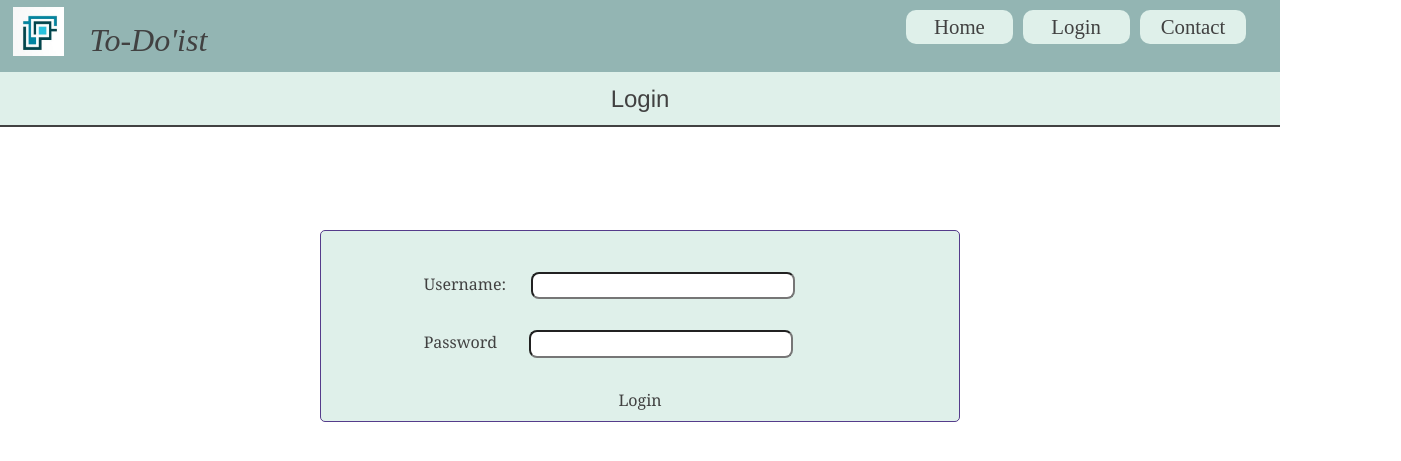
Repository: tavisca-pkadam/Todo-Website
Page: login_grid.html
An editor plug-in stored every save of this project. The page is shown before and after the next save, followed by the edit.
The browser window is 1280 px wide. The page is 1370 px wide, then 1401 px, then 1370 px, so the pictures cover 1401 px, including what lies to the right of the window. The pictures show the whole page.

Above is the page before, as saved 2019-08-22 12:28:37.

### login_grid.html
<!DOCTYPE html>
<html>
  <head>
    <meta charset="utf-8" />
    <meta http-equiv="X-UA-Compatible" content="IE=edge" />
    <title>Page Title</title>
    <meta name="viewport" content="width=device-width, initial-scale=1" />
    <link rel="stylesheet" type="text/css" media="screen" href="main2.css" />

    <link rel="import" href="components/header.html" />

    <!-- <script src='main.js'></script> -->
  </head>
  <body>
    <div class="grid-container">
      <div class="grid_header">
        <div id="head" class="header">
          <img id="company_logo" src="src/logo.jpg" width="5%" />
          <p id="todo_header"><i>To-Do'ist</i></p>

          <div class="links">
            <div>
              <a href="/home_grid.html">
                <div class="link_btn">Home</div>
              </a>
              <a href="/login_grid.html">
                <div class="link_btn">Login</div>
              </a>

              <a href="/contact.html">
                <div class="link_btn">Contact</div>
              </a>
            </div>
          </div>
        </div>
      </div>

      <div class="grid_main_content">
        <div class="account_content">
          <div class="account_head">
            Login
          </div>
          <div class="login">
            <center>
              <div id="login_user_input">
                Username:<input type="text" style="margin-left:5%;" />
              </div>
              <div id="login_password_input">
                Password<input type="password" style="margin-left:6.5%;" />
              </div>
              <div >
                Login
              </div>
            </center>
          </div>
        </div>
      </div>
      <div class="grid_footer"></div>
    </div>
  </body>
</html>

### main2.css
.header {
    background-color:#93b5b3;
    grid-column: 1/5;
    position: relative;
    width: 100vw;
    height: 10vh;
    margin: 0%;
    /* border-bottom: 2px double black; */
    font-family: fantasy;
  }

  input {
    border-radius: 8px;
    width: 20vw;
    height: 3vh;
  }

  body {
      font-family: Cambria, Cochin, Georgia, Times, 'Times New Roman', serif;
      margin: 0%;
      color: #414141;
  }
  a {
    color: #414141;
    text-decoration: none;
  }

  #company_logo {
    position: absolute;
    left: 1%;
    width: 4%;
    margin-top: 1vh;
  }

  #todo_header {
    font-size: 2em;
    position: absolute;
    width: 100%;
    left: 7%;
    padding-bottom: 7%;
    /* text-align: left; */
    top: -10px;
    /* right: 45%; */
  }

  .side_nav {
    margin-top:2%;
    /* position: fixed; */
    width: 100%;
    background-color: #dff0ea;
    height: 88vh;
  }

  .side_btn {
    padding-top: 8%;
    text-align: center;
    width: 98%;
    height:8%;
    position: relative;
    background-color: #dff0ea;
    /* margin-top: 50%; */
    font-size: 1.3rem;
    border-width: 0px 5px 1px 0px;
    border-style: solid;
    border-color: #63707e;
  }


  .side_btn:hover {
    /* left:-5%; */
    background-color: #c8dad3;
    border-color: #63707e;
    border-style: solid;
    transition: linear;
    cursor: pointer;

  }

  .modal_header{
      background-color: #c8dad3;
      height: 15%;
      padding-top: 1%;
      line-height: 1.3rem;
      font-size: 1.2rem;
  }

  .todo_content {
    position: relative;
    /* left: 5%; */
    /* width: 85%; */
    /* background-color: aquamarine; */
    height: 78vh;
  }

  #todo_add_modal{
      border-radius: 10px;
      border-style: solid;
      border-color: #553c8b;
      visibility: hidden;
      position: absolute;
      height: 20vh;
      left: 20vw;
      width: 50%;
      margin-top:8%;
      text-align: center;
      background-color: #f2f6f5;
      z-index: 10;
  }

  #todo_add_modal_input {
      margin: 2% 10%;
      /* background-color: aquamarine; */
      width: 80%;
  }
  #todo_add_modal_add_btn{
      margin: 2% 45%;
      background-color: #ccc1ff;
      cursor: pointer;

  }
  #todo_add_modal_add_btn:hover {
    background-color: #c8dad3;

  }

  #todo_content_head {
    border: 1px;
    position: relative;
    /* background-color: deepskyblue; */
    padding: 5px;
    width: 60%;
    height: 6vh;
    border-radius: 20px;
    left: 20%;
    top: 5%;

    border-width: 1px;
    border-style: solid;
    border-color: #553c8b;
  }

  .search_button {

    text-align: center;
    background-color: #dff0ea;
    border-radius: 5px;
    padding: 0.5%;
    cursor: pointer;

  }

  #todo_content_head_search_input{
      position: absolute;
      left:5%;
      margin-top: 10px;

  }

  #todo_content_head_search_btn{
      position: absolute;
      left:50%;
      margin-top: 10px;
      width: 15%;
      background-color: #dff0ea;
  }

  #todo_content_head_search_btn:hover {
    background-color: #c8dad3;

  }

  #todo_content_search {
    position: absolute;
    /* background-color: darksalmon; */
    padding: 0.5%;
    margin-left: 4%;
    padding-left: 2%;
    padding-right: 4%;
    left: 6vw;
    border-radius: 2px;
    /* border-width: 1px; */
    /* border-style: solid; */
    margin: 3px;

    border-color: #553c8b;
  }
  #todo_content_add {
    position: absolute;
    background-color: #dff0ea;
    left: 70%;
    /* top: 10px; */
    width: 15%;
    margin-top: 10px;
  }

  #todo_content_add:hover{
    background-color: #c8dad3;

  }

  #todo_list {
    /* background-color: mediumslateblue; */
    position: relative;
    width: 80%;
    left: 10%;
    top: 10%;
    height: 55vh;
    border-radius: 15px;
    padding: 3px;
    padding-left: 8px;

    border-width: 1px;
    border-style: solid;
    border-color: #553c8b;

    overflow-y:scroll;
    scroll-behavior: smooth;


  }

  .todo_item {
    margin: 5px;
    margin-top: 15px;
  }

  .todo_edit_btn {
    position: absolute;
    text-align: center;
    padding: 3px 10px;
    width: 7%;
    background-color: #dff0ea;
    margin-left: 75%;
    border-radius: 5px;
    cursor: pointer;
  }


  .todo_edit_btn:hover{
    background-color: #c8dad3;
  }

  .todo_remove_btn {
    text-align: center;
    padding: 3px 10px;
    width: 7%;
    background-color: #dff0ea;
    margin-left: 88%;
    border-radius: 5px;
    cursor: pointer;

  }

  .todo_remove_btn:hover{
    background-color: #c8dad3;
  }

  .todo_detail {
    width: 70%;

    position: absolute;
    padding: 2px;
    padding-left: 1%;

    border-bottom: 6px solid;
    border-left: 6px solid;
    border-width: 1px;
    border-color: #553c8b;
  }

  .links {
    position: relative;
    width: 30%;
    float: right;
    /* font-family: 'Lucida Sans', 'Lucida Sans Regular', 'Lucida Grande', 'Lucida Sans Unicode', Geneva, Verdana, sans-serif */
    font-size: 1.3rem;
  }

  .link_btn {
    float: left;
    padding: 5px 15px;
    background-color: #dff0ea;
    width: 20%;
    border-radius: 10px;
    margin-left:10px;
    margin-top:10px;
    text-align: center;
  }

  .link_btn:hover {
    background-color: #c8dad3;

  }


  #link_btn_home {
    margin-left: 0%;
  }

  #link_btn_a {
    margin-left: 30%;
  }

  #link_btn_b {
    margin-left: 60%;
  }

  /* Login */

  .login {
    padding: 10px;
    margin: 25%;
    margin-top: 8%;
    border-radius: 5px;
    border-color: #553c8b;
    border-width: 1px;
    border-style: solid;
    background-color: #dff0ea;
  }

  #login_user_input {
    margin: 5%;
    text-align: left;
    padding-left:10%;
  }

  #login_password_input {
    margin: 5%;
    text-align: left;
    padding-left:10%;

  }

  .grid-container {
    grid-template-areas:
      "header header header header header"
      "main_content main_content main_content main_content main_content"
      "main_content main_content main_content main_content main_content"
      "main_content main_content main_content main_content main_content"
      "main_content main_content main_content main_content main_content"
      "footer footer footer footer footer";
    display: grid;
    /* background-color: #2196F3; */
  }

  .grid_header {
    height: 9vh;
    grid-area: header;
    /* background-color: aquamarine; */
  }

  .grid_side_nav {
    height: 89vh;
    width: 20vw;
    grid-area: side_nav;
    /* background-color: red; */
  }

  .grid_main_content {
    height: 79vh;
    width: 100vw;
    grid-area: main_content;
    /* background-color: blueviolet; */
  }

  .grid_footer {
    height: 4vh;
    width: 80vw;
    grid-area: footer;
  }


  /* AccountDetails */

  .account_content{
      /* background-color: burlywood; */
      margin-top: 7px;
  }

  .account_head{
      /* background-color: coral; */
      text-align: center;
      font-family: 'Franklin Gothic Medium', 'Arial Narrow', Arial, sans-serif;
      font-size: 1.5rem;
      padding: 1%;
      background-color: #dff0ea;
      border-style: solid;
      border-width: 0px 0px 2px 0px;
      border-color:  #414141;
    }

  .account_details_header{
      font-family: 'Franklin Gothic Medium', 'Arial Narrow', Arial, sans-serif;
      font-size: 1.2rem;
      padding-left:2%;
      margin-top:2%;
  }

  .account_details{
      font-family: 'Courier New', Courier, monospace;
      line-height: 1.2rem;
      /* background-color: greenyellow; */
      padding-left: 10%;
  }

  .detail_name{
    width: 50%;
    position: relative;
    float: left;
  }

  .detail_input{
    width: 10%;
    position: static;
  }

  #save_button {
    width:5%;
    top:20vh;
    background-color: #dff0ea;
    border-radius: 5px;
    text-align: center;
    padding: 0.5% 2%;
    position: fixed;
    right:5%;
  }

  #save_button:hover {
    background-color: #c8dad3;
  }

  .home{
      padding:20px;
      font-size: 1.2rem;
  }

  .card{
      padding:6%;
      margin-top:1vh;
      /* background-color: #c8dad3; */
      width: 20vw;
      float:left;
  }

  .card_head{
      padding: 8%;
      background-color: #93b5b3
  }

  .card_content{
      padding:  8%;
      background-color: #dff0ea;
  }

After the next save:
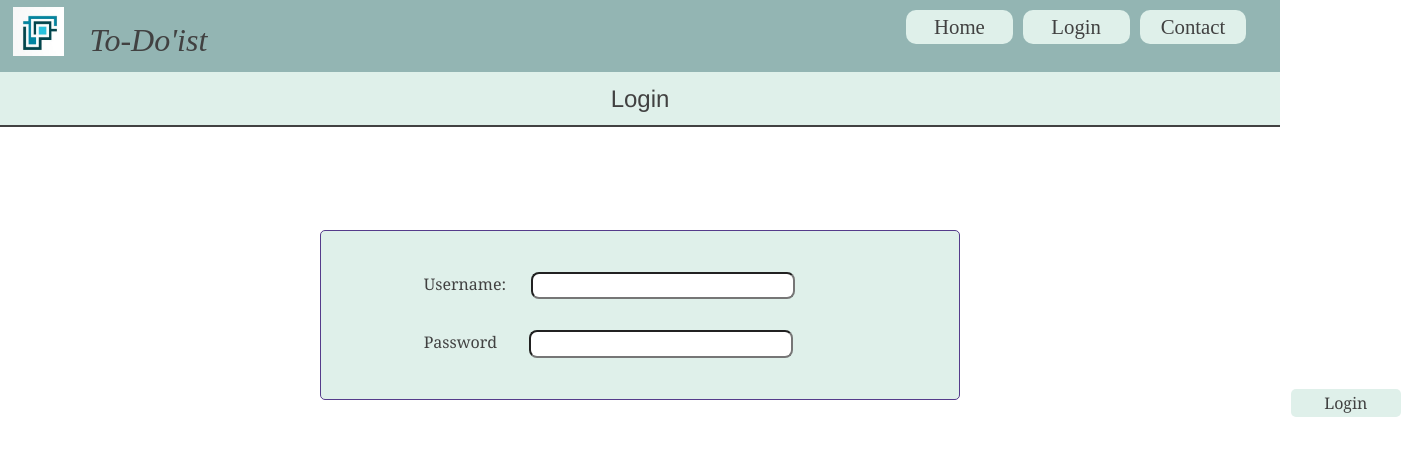
Saved 30 s later.
--- a/login_grid.html
+++ b/login_grid.html
@@ -48,7 +48,7 @@
               <div id="login_password_input">
                 Password<input type="password" style="margin-left:6.5%;" />
               </div>
-              <div >
+              <div class="todo_edit_btn">
                 Login
               </div>
             </center>

After the save that followed:
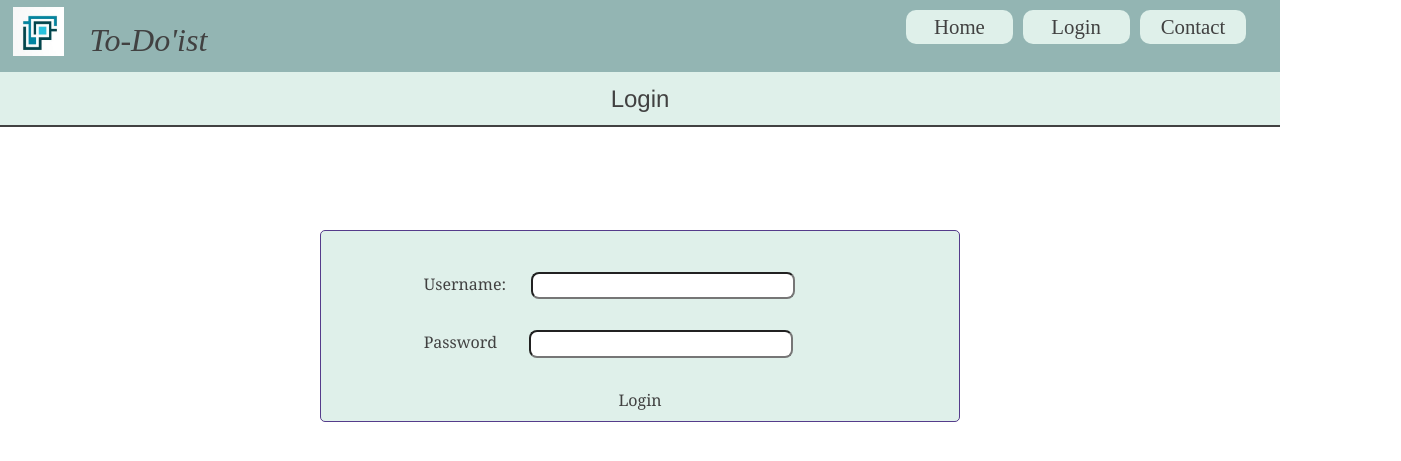
Saved 4 min 21 s later.
--- a/login_grid.html
+++ b/login_grid.html
@@ -48,7 +48,7 @@
               <div id="login_password_input">
                 Password<input type="password" style="margin-left:6.5%;" />
               </div>
-              <div class="todo_edit_btn">
+              <div id="todo_edit_btn">
                 Login
               </div>
             </center>
